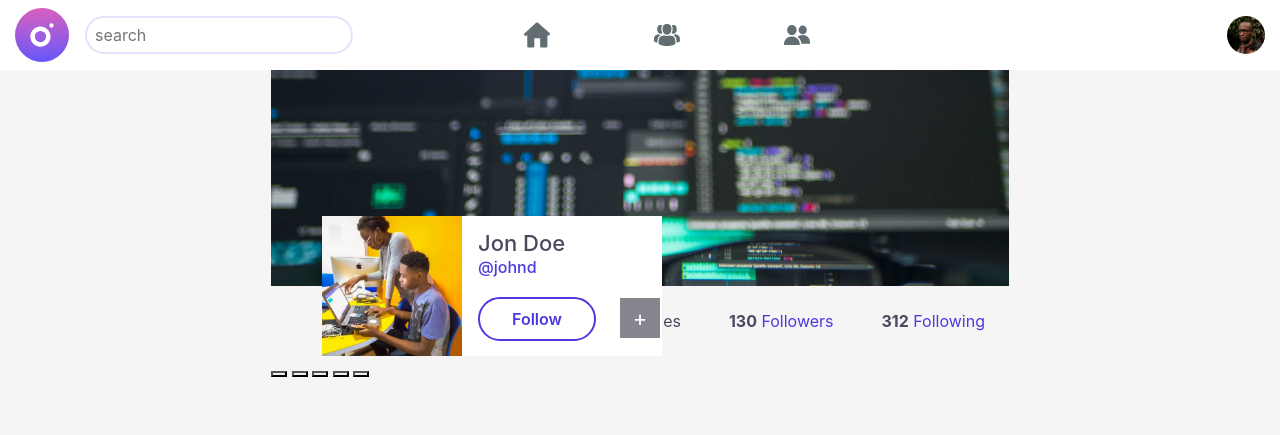
Repository: Flovet-stack/memic
Page: admin-profile.html
An editor plug-in stored every save of this project. The page is shown before and after the next save, followed by the edit.
The browser window is 1280 px wide. The pictures show the whole page.
Some web fonts or font styles are not loaded; a fallback is used.

Above is the page before, as saved 2020-10-28 10:33:06.
Console error: TypeError: Cannot read properties of undefined (reading 'fn')

### admin-profile.html
<!DOCTYPE html>
<html lang="en">
<head>
    <meta charset="UTF-8">
    <meta name="viewport" content="width=device-width, initial-scale=1.0">
    <link rel="icon" type="image/png" sizes="32x32" href="assets/images/faceit.svg">
    <!-- custom styles -->
    <link rel="stylesheet" href="css/home.css">
    <link rel="stylesheet" href="css/admin-profile.css">

    <!-- custom fonts -->
    <link rel="stylesheet" href="/usr/share/fonts/opentype/malayalam/Manjari-Regular.otf">

    <!-- bootstrap css styles -->
    <link rel="stylesheet" href="dist/css/bootstrap.min.css">
    <title>memes | John Doe</title>
</head>
<body>
    <!-- start of the home page design template -->

    <!-- start of the head section of the page -->
    <div class="home-head container-fluid">
        <div class="row">
            <div class="home-head-sec-1">
                <div class="logo"><img src="assets/images/faceit.svg" alt=""></div>
                <form>
                    <input data-toggle="tooltip" title="search" type="text" name="" id="" placeholder="search">
                </form>
            </div>
            <div class="home-head-sec-2">
                <a data-toggle="tooltip" title="Home" href="#">
                    <img class="primary-icon" src="assets/icons/house.svg" alt="">
                    <img class="secondary-icon" src="assets/icons/house-primary.svg" alt="">
                </a>
                <a data-toggle="tooltip" title="Groups" href="#">
                    <img class="primary-icon" src="assets/icons/user-group.svg" alt="">
                    <img class="secondary-icon" src="assets/icons/user-group-primary.svg" alt="">
                </a>
                <a data-toggle="tooltip" title="Friends" href="#">
                    <img class="primary-icon" src="assets/icons/friends.svg" alt="">
                    <img class="secondary-icon" src="assets/icons/friends-primary.svg" alt="">
                </a>
            </div>
            <div class="home-head-sec-3">
                <div class="user-menu">
                    <img src="assets/images/avatar.jpg" alt="">
                </div>
            </div>
        </div>
    </div>
    <!-- end of the head section of the page -->
    <!-- start of the body section of the page -->
    <div class="home-body container-fluid">
        <div class="row">
            <div class="home-center">
                <div class="container-fluid">
                    <div class="profile-card">
                        <div class="profile-cover" style="background: url(assets/images/kevin-ku-w7ZyuGYNpRQ-unsplash.jpg);">
                            <div class="profile-info">
                                <div class="profile-info-pic"><img src="assets/images/Pic.jpg" alt=""></div>
                                <div class="profile-info-details">
                                    <h3>Jon Doe</h3>
                                    <h5>@johnd</h5>
                                    <button class="follow-btn">Follow</button>
                                </div>
                            </div>
                            <button class="change-cover-btn">+</button>
                        </div>
                        <div class="profile-stat">
                            <div class="profile-stat-sub">
                                <div class="static-stat">
                                    <span class="stat-value">45</span>
                                    <span class="stat-name">Likes</span>
                                </div>
                                <div class="static-stat">
                                    <span class="stat-value">86</span>
                                    <span class="stat-name">Memes</span>
                                </div>
                                <a class="dynamic-stat">
                                    <span class="stat-value">130</span>
                                    <span class="stat-name">Followers</span>
                                </a>
                                <a class="dynamic-stat">
                                    <span class="stat-value">312</span>
                                    <span class="stat-name">Following</span>
                                </a>
                            </div>
                        </div>
                    </div>
                </div>
                <div class="container-fluid">
                    <div class="admin-social">
                        <button class="admin-social-sub facebook"></button>
                        <button class="admin-social-sub twitter"></button>
                        <button class="admin-social-sub instagram"></button>
                        <button class="admin-social-sub pinterest"></button>
                        <button class="admin-social-sub mail"></button>
                    </div>
                </div>
            </div>
        </div>
    </div>
    <!-- end of the head section of the page -->

    <!-- end of the home page design template -->

    <script src="dist/js/bootstrap.min.js"></script>
    <script src="https://code.jquery.com/jquery-3.5.1.slim.min.js"
        integrity="sha384-DfXdz2htPH0lsSSs5nCTpuj/zy4C+OGpamoFVy38MVBnE+IbbVYUew+OrCXaRkfj"
        crossorigin="anonymous"></script>
</body>
</html>

### css/admin-profile.css
.profile-card {
    width: 100%;
    height: auto;
}
.profile-cover {
    width: 100%;
    height: 30vh;
    background-color: blue;
    background-size: 100% !important;
    background-position: center !important;
    background-attachment: scroll !important;
}
.profile-info {
    width: 340px;
    height: 140px;
    background-color: var(--white);
    position: relative;
    top: 100%;
    transform: translate(15%, -50%);
    display: flex;
    /* border-radius: 70px; */
    /* border-top-right-radius: 70px;
    border-bottom-right-radius: 70px; */
}
.profile-info-pic {
    width: 140px;
    height: 140px;
    background-color: var(--secondary-color);
}
.profile-info-pic img {
    width: 100%;
    height: 100%;
    /* border-top-right-radius: var(--circular-radius);
    border-bottom-right-radius: var(--circular-radius); */
}
.profile-info-details {
    padding: var(--padding-2);
}
.profile-info-details h3 {
    color:var(--text-color);
    font-size: var(--font-size-4);
    line-height: 1;
}
.profile-info-details h5 {
    color:var(--secondary-color);
    font-size: var(--font-size-1);
    line-height: .7;
}
.profile-info-details .follow-btn {
    margin-top: var(--padding-2);
}
.change-cover-btn {
    width: 40px;
    height: 40px;
    position: relative;
    transform: translate(-50%, -50%);
    left: 50%;
    top: 50%;
    border: none;
    background-color: var(--dark-overlay);
    color: var(--white);
    font-size: 22px;
    transition-duration: var(--duration);
    outline: none !important;
}
.change-cover-btn:hover {
    background-color: #000;
    transition-duration: var(--duration);
}
.profile-stat {
    width: 100%;
    height: 70px;
    display: grid;
    align-items: center;
    justify-items: flex-end;
    /* background-color: var(--secondary-overlay); */
}
.profile-stat-sub {
    width: auto;
    height: auto;
    display: flex;
}
.profile-stat-sub div,
.profile-stat-sub a {
    margin: 0 var(--padding-1);
    padding: var(--padding-1) var(--padding-2);
    border-radius: var(--border-radius);
}
.profile-stat-sub .stat-value {
    color: #000;
    font-weight: 700;
}
.profile-stat-sub .stat-name {
    color: var(--text-color);
}
.dynamic-stat .stat-value {
    color: var(--text-color) !important;
}
.dynamic-stat .stat-name {
    color: var(--secondary-color) !important;
}
.dynamic-stat {
    background-color: transparent;
    transition-duration: var(--duration);
    cursor: pointer;
}
.dynamic-stat:hover {
    background-color: var(--secondary-overlay);
    transition-duration: var(--duration);
}

### css/main-styles.css
:root {
    /* color palette */
    --white: #fff;
    /* --white: #1e272e !important; */
    --white-shade-0: rgb(253, 253, 253);
    --white-shade-1: #f0f8ff;
    --white-shade-2: #ececec79;
    --white-shade-3: #d0d0d0;
    --border-color: #b2bec3;
    --primary-color: #636E72;
    /* --secondary-color: #6c5ce7; */
    --secondary-color: #4d39e0;
    --secondary-overlay: #7a48ee2a;
    /* --secondary-overlay: #6c5ce746; */
    --red: #d63031;
    /* --red: #970f3c; */
    --dark-overlay: rgba(10, 2, 19, 0.479);
    --transparent-overlay: #ebf6ff;
    --transparent-overlay-2: #d0d0d059;

    /* text-editing */
    --font-size-1: 16px;
    --font-size-2: 18px;
    --font-size-3: 20px;
    --font-size-4: 22px;
    --normal: 400;
    --light: 200;
    --thick: 600;
    --font-family: Manjari;
    --text-color: rgb(73, 72, 93);
    /* --text-color: #fff; */

    /* box-styling */
    --padding-1: .5rem;
    --padding-2: 1rem;
    --padding-3: 2rem;
    --border-radius: 50px;
    --circular-radius: 50%;
    --border: 2px solid var(--white-shade-2);

    /* animations */
    --duration: .5s;
}

body {
    box-sizing: border-box;
    font-family: var(--font-family);
    overflow-x: hidden;
    background-color: var(--white-shade-2) !important;
}
.row {
    margin-right: 0 !important;
    margin-left: 0 !important;
}
a {
    outline: none !important;
}
.follow-btn {
    border: 2px solid var(--secondary-color);
    background: var(--whi);
    padding: var(--padding-1) var(--padding-3);
    border-radius: var(--border-radius);
    color: var(--secondary-color);
    transition-duration: var(--duration);
    font-weight: 600;
    outline: none !important;
}
.follow-btn:hover {
    background-color: var(--secondary-color);
    color: var(--white);
    transition-duration: var(--duration);
}

### css/user-card.css
/* start of the user card styling */
.user-card {
    width: 150px;
    height: 50px;
    display: flex;
    color: var(--white);
    text-decoration: none;
    border-radius: var(--border-radius);
    transition-duration: var(--duration);
}
.user-card:hover {
    text-decoration: none;
    background-color: var(--transparent-overlay-2);
    transition-duration: var(--duration);
}
.user-card-pic {
    width: 50px;
    height: 50px;
    border-radius: var(--circular-radius);
    background-repeat: no-repeat !important;
    background-position: center !important;
    background-size: cover !important;
}
.user-card-detail {
    width: auto;
    height: 50px;
    padding-left: var(--padding-1);
    color: var(--text-color);
    display: grid;
    align-content: center;
}
.username {
    font-size: var(--font-size-2);
    font-weight: 600;
}
.card-time {
    font-size: var(--font-size-1);
    color: var(--secondary-color);
}
/* end of the user card styling */

### css/post-card.css
.post-card {
    width: 80%;
    margin: var(--padding-2) auto;
    background-color: var(--white);
    border-radius: var(--border-radius);
    padding: var(--padding-2) 0;
    /* background-color: var(--transparent-overlay); */
    background-color: var(--white);
    border: var(--border);
}
.post-card .user-card {
    margin-left: var(--padding-2);
}
/* .post-card .user-card:hover {
    background-color: var(--secondary-overlay);
} */
.post-card img {
    width: 100%;
}
.post-img {
    transform: scale(.97);
    border-radius: var(--border-radius) !important;
    background-color: var(--transparent-overlay);
}
.post-card-footer {
    margin-top: var(--padding-1);
    padding: 0 var(--padding-2);
    width: 100%;
    display: flex;
    height: auto;
}
.react,
.actions {
    width: 50%;
    height: 50px;
    display: grid;
    align-items: center;
}
.react-sub,
.actions-sub {
    width: 100%;
    height: 100%;
    display: flex;
    text-align: left;
}
.actions-sub {
    flex-direction: row-reverse;
}
.actions-sub a {
    flex-direction: row-reverse;
    margin-right: 0 !important;
    margin-left: var(--padding-1) !important;
}
.react-sub a,
.actions-sub a {
    width: 50px;
    height: 50px;
    background-color: transparent;
    margin-right: var(--padding-1);
    display: flex;
    align-items: center;
    justify-content: center;
    border-radius: var(--circular-radius);
}
.react-sub a img,
.actions-sub a img {
    width: 60%;
    height: auto;
    padding: 0 !important;
    transition-duration: var(--duration);
    border-radius: none !important;
}
.react-sub a:hover,
.actions-sub a:hover {
    background-color: var(--secondary-overlay);
    transition-duration: var(--duration);
}
.react-sub .dislike img{
    transform: rotatez(180deg) !important;
}
.share-options {
    height: auto;
    /* width: 0px; */
    width: calc((30px * 4) + ((var(--padding-1) * 2) * 6));
    background-color: var(--white);
    border-radius: var(--border-radius);
    padding:  var(--padding-1);
    /* box-shadow: 4px 4px 10px 3px var(--white-shade-2); */
    position: absolute;
    /* left: 100px; */
    margin-top: -60px;
    /* margin-left: 200px; */
    transform: scale(.9);
    transition-duration: 1s;
}
.share-options ul {
    width: auto;
    padding: 0 !important;
    margin: 0 !important;
}
.share-options li {
    width: auto;
    display: inline-block;
}
.share-options a{
    padding: var(--padding-1);
    /* background-color: red; */
}
.share-options a:hover {
    background-color: transparent;
}
.share-options a img{
    width: 30px;
    height: 30px;
    padding: .2rem !important;
    transition-duration: var(--duration);
}
.share-options a img:hover {
    transform: scale(1.3);
    transition-duration: var(--duration);
}
.share-icon {
    transition-duration: 1s
}
.share-icon:hover ~ .share-options {
    transition-duration: 1s;
    transform: scale(1);
}

.comment-section {
    width: 100%;
    padding: 0 var(--padding-2);
}
.comment-section h4 {
    font-size: var(--font-size-1);
    color: var(--text-color);
    font-weight: 600;
    margin-bottom: var(--padding-2);
}
.comment-form {
    display: flex;
    justify-content: space-between;
    margin-bottom: var(--padding-3);
}
.comment-form img {
    width: 50px;
    height: 50px;
    padding: 0 !important;
    border-radius: var(--circular-radius);
    margin-right: var(--padding-2);
}
.comment-form textarea {
    width: 75%;
    height: 50px;
    outline: none;
    font-size: var(--font-size-2);
    color: var(--text-color);
    padding: var(--padding-1) var(--padding-2);
    border: 1px solid var(--white);
    border-radius: var(--border-radius);
    transition-duration: var(--duration);
    margin-right: var(--padding-1);
    background-color: var(--white-shade-2);
}
.comment-form textarea:hover {
    border: 1px solid var(--secondary-overlay);
    transition-duration: var(--duration);
}
.comment-form textarea:focus {
    border: 1px solid var(--secondary-overlay);
    background-color: var(--white);
    transition-duration: var(--duration);
}
.comment-form button {
    outline: none !important;
    background-color: var(--secondary-overlay);
    border: none;
    border-radius: var(--circular-radius);
    color: var(--white);
    transition-duration: var(--duration);
}
.comment-form button:hover {
    outline: none;
    background-color: var(--secondary-color);
    transition-duration: var(--duration);
}
.comment {
    width: 95%;
    margin: 0 auto;
    height: auto;
    /* border-bottom: var(--border); */
}
.comment .user-card {
    margin: 0 !important;
}
.comment .user-card-pic {
    width: 30px;
    height: 30px;
    margin-top: 10px;
}
.comment .username {
    font-size: var(--font-size-1);
    line-height: .5;
}
.comment .card-time {
    font-size: calc(var(--font-size-1) - 2px) !important;
    /* line-height: .5; */
}
.comment .comment-content p {
    width: auto;
    height: auto;
    color: var(--text-color);
    margin: 0 calc(var(--padding-1) * 7);
    background-color: var(--white-shade-1);
    padding: var(--padding-1) var(--padding-3);
    border-radius: var(--border-radius);

    /* line-height: 5px; */
}
.comment .comment-like {
    height: 20px;
    font-size: calc(var(--font-size-1) - 2px);
    padding: 0 var(--padding-1);
    border-radius: var(--border-radius);
    position: relative;
    border: none;
    outline: none;
    /* bottom: 100%; */
    left: calc(100% - ((var(--padding-1) * 7) + 1.5rem));
    background-color: var(--secondary-color);
    color: var(--white);
    transition-duration: var(--duration);
    transform: translateY(-125%);
    display: flex;
    align-items: center;
    justify-content: center;
}
.comment .comment-like:hover {
    padding: 0 calc(var(--padding-1) + .1rem);
    transition-duration: var(--duration);
    background-color: var(--secondary-overlay);
}
.comment .comment-like img {
    width: 15px;
    height: 15px;
    margin-left: .3rem;
    transform: translateY(-1.5px);
}

/* @media (min-width: 768px) {
}

@media (min-width: 992px) {
}

@media (min-width: 1200px) {
} */

Loaded but not shown: dist/css/bootstrap.min.css (library); dist/js/bootstrap.min.js (library); css/home.css (475 lines, source omitted)

After the next save:
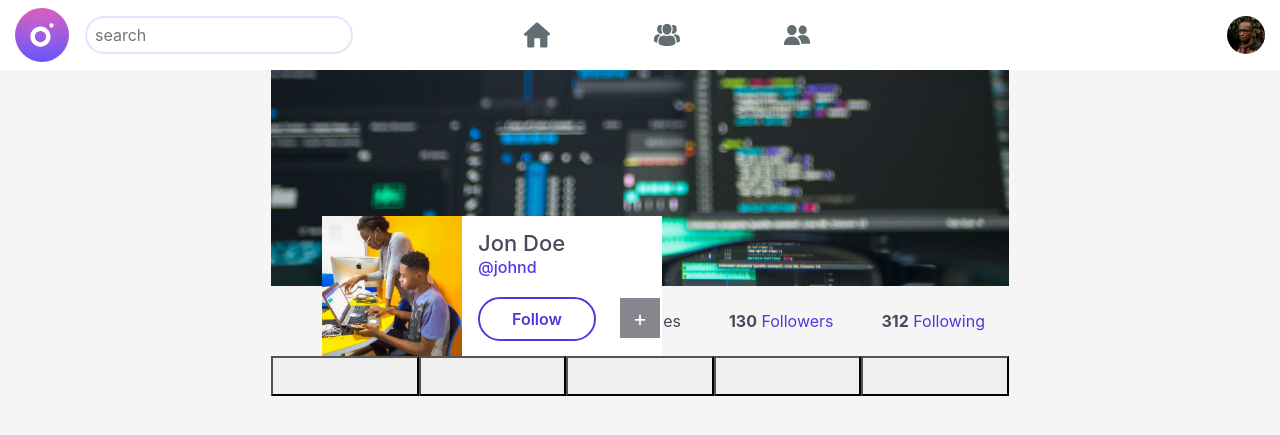
Saved 2 min 13 s later.
--- a/css/admin-profile.css
+++ b/css/admin-profile.css
@@ -108,3 +108,12 @@
     background-color: var(--secondary-overlay);
     transition-duration: var(--duration);
 }
+.admin-social {
+    width: 100%;
+    height: auto;
+    display: flex;
+}
+.admin-social-sub {
+    width: 20%;
+    height: 40px;
+}
